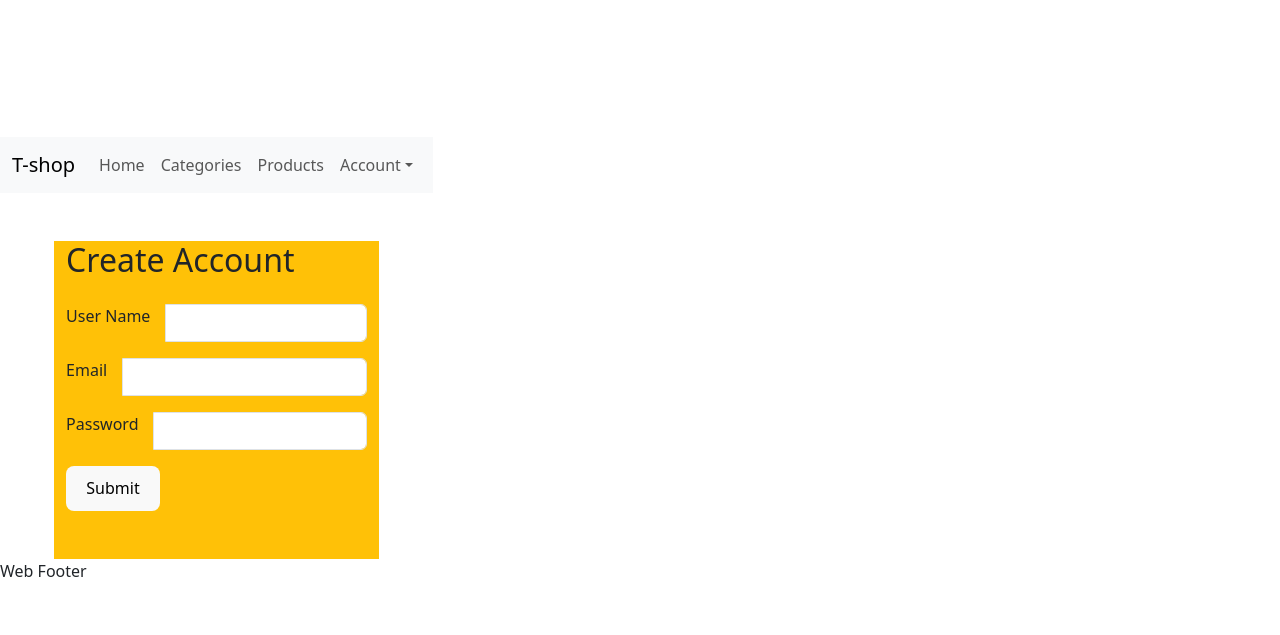
Repository: HadelAbdellatif/ecommerce1
Page: /register
An editor plug-in stored every save of this project. The page is shown before and after the next save, followed by the edit.
The browser window is 1280 px wide. The pictures show the whole page.
The project was rebuilt for these pictures with package versions that can differ from the ones it lists, and the page was loaded fresh each time. Also part of the build but not shown: vite.config.js, src/components/web/home/Home.jsx, src/components/web/categories/Categories.jsx, src/components/dashboard/navbar/Navbar.jsx, src/components/dashboard/footer/Footer.jsx, src/layouts/DashboardLayout.jsx, src/components/dashboard/home/Home.jsx, src/components/dashboard/categories/Categories.jsx.

Above is the page before, as saved 2023-11-25 15:08:49.

After the next save:
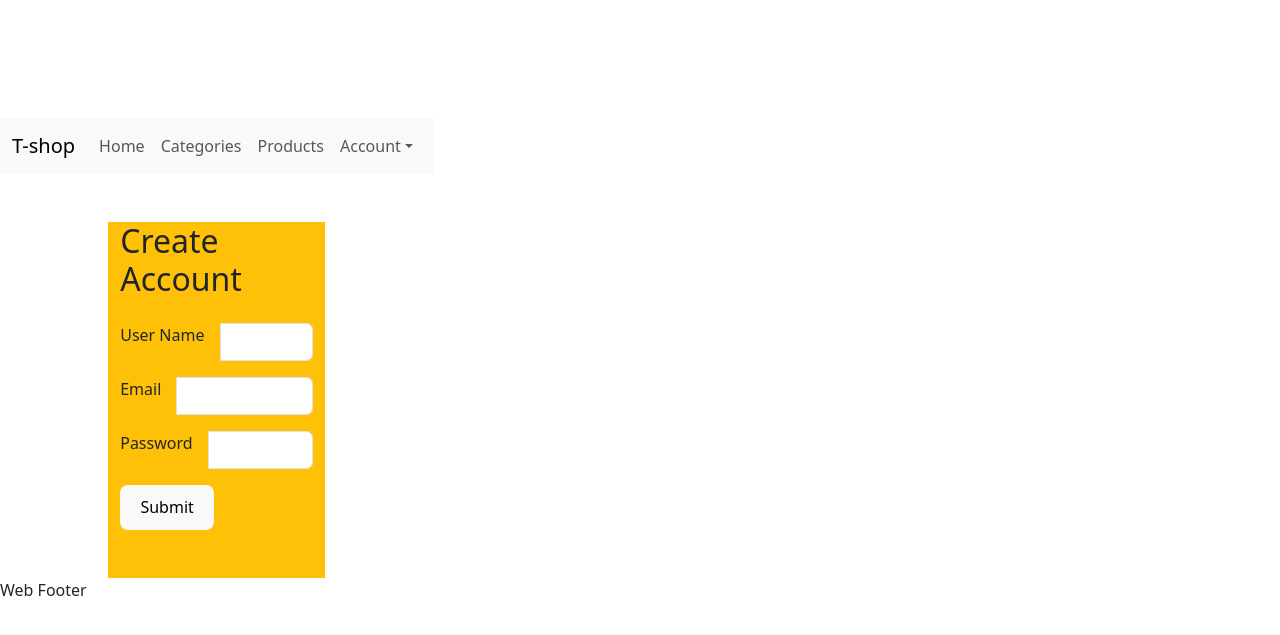
Saved 4 s later.
--- a/src/components/web/register/Register.jsx
+++ b/src/components/web/register/Register.jsx
@@ -82,7 +82,7 @@ export default function Register() {
 
     return (
         <>
-            <div className="container bg-warning w-75">
+            <div className="container bg-warning w-50">
                 <h2 className='mt-5'>Create Account</h2>
                 <div className='w-100 d-flex '>
 
